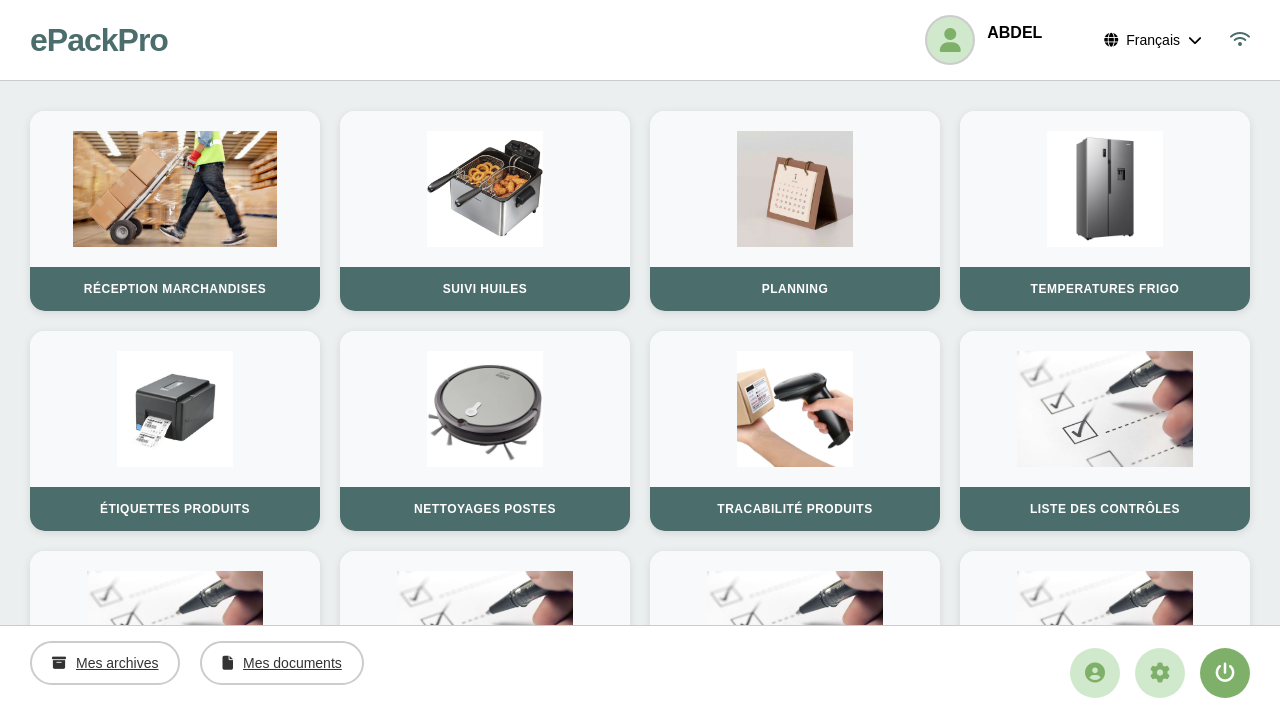
Repository: koko11-11/ePackPro
Page: css/dashboard.html
The author's editor kept a copy of each file at every save. The page is drawn from the files as they stood at one save, then again after the next save.
The browser window is 1280 px wide. The pictures show the whole page.
An inner scrolling area shows only its first screen.

Above is the page before, as saved 2025-09-16 04:45:55.

### css/dashboard.html
<!DOCTYPE html>
<html lang="fr">
<head>
    <meta charset="UTF-8">
    <meta name="viewport" content="width=device-width, initial-scale=1.0">

    <title>ePackPro - Tableau de bord</title>
        <link rel="stylesheet" href="https://cdnjs.cloudflare.com/ajax/libs/font-awesome/6.4.0/css/all.min.css">
   <link rel="stylesheet" href="styledash.css">

</head>
<body>
    <div class="dashboard-container">
        <!-- Header -->
        <header class="dashboard-header">
            <div class="dashboard-logo">ePackPro</div>

            <div class="user-section">
                <div class="user-info">
                    <div class="user-avatar">
                        <i class="fas fa-user"></i>
                    </div>
                    <div class="user-details">
                        <div class="user-name">ABDEL</div>
                        <div class="user-status">Se déconnecter</div>
                    </div>
                </div>

                <div class="header-controls">
                    <!-- Language Selector -->
                    <div class="language-selector">
                        <button class="language-button" id="languageButton">
                            <i class="fas fa-globe"></i>
                            <span>Français</span>
                            <i class="fas fa-chevron-down"></i>
                        </button>
                        <div class="language-dropdown" id="languageDropdown">
                            <div class="language-option" data-lang="fr">
                                <div class="language-flag fr-flag"></div>
                                <span>Français</span>
                            </div>
                            <div class="language-option" data-lang="ar">
                                <div class="language-flag ar-flag"></div>
                                <span>العربية</span>
                            </div>
                            <div class="language-option" data-lang="en">
                                <div class="language-flag en-flag"></div>
                                <span>English</span>
                            </div>
                        </div>
                    </div>

                    <div class="wifi-icon">
                        <i class="fas fa-wifi"></i>
                    </div>
                </div>
            </div>
        </header>

        <!-- Main Content -->
        <main class="dashboard-main">
            <div class="modules-grid">
                <!-- Module 1 -->
                <div class="module-card" onclick="window.location.href='../project/main/reception.html'">
                   <div class="module-icon">
    <img src="../assets/1.jpg" alt="Réception Marchandises">
  </div>
                    <div class="module-footer">
                        <div class="module-title">RÉCEPTION MARCHANDISES</div>
                    </div>
                </div>

                <!-- Module 2 -->
               <div class="module-card" onclick="window.location.href='../project/main/suiviHuiles.html'">
                    <div class="module-icon">
                     <img src="../assets/2.jpg" alt="Réception Marchandises">
                    </div>
                    <div class="module-footer">
                        <div class="module-title">SUIVI HUILES</div>
                    </div>
                </div>

                <!-- Module 3 -->
              <div class="module-card" onclick="window.location.href='../project/main/planning.html'">
                    <div class="module-icon">
                     <img src="../assets/5.jpg" alt="Réception Marchandises">
                    </div>
                    <div class="module-footer">
                        <div class="module-title">PLANNING</div>
                    </div>
                </div>

                <!-- Module 4 -->
                <div class="module-card" onclick="window.location.href='../project/main/temperatures.html'">
                    <div class="module-icon">
               <img src="../assets/8.jpg" alt="Réception Marchandises">
                    </div>
                    <div class="module-footer">
                        <div class="module-title">TEMPERATURES FRIGO</div>
                    </div>
                </div>

                <!-- Module 5 -->
              <div class="module-card" onclick="window.location.href='../project/main/etiquettes.html'">
                    <div class="module-icon">
                    <img src="../assets/7.jpg" alt="Réception Marchandises">
                    </div>
                    <div class="module-footer">
                        <div class="module-title">ÉTIQUETTES PRODUITS</div>
                    </div>
                </div>

                <!-- Module 6 -->
              <div class="module-card" onclick="window.location.href='../project/main/nettoyage.html'">
                    <div class="module-icon">
                    <img src="../assets/4.jpg" alt="Réception Marchandises">
                    </div>
                    <div class="module-footer">
                        <div class="module-title">NETTOYAGES POSTES</div>
                    </div>
                </div>

                <!-- Module 7 -->
               <div class="module-card" onclick="window.location.href='../project/main/tracabilite.html'">
                    <div class="module-icon">
                     <img src="../assets/3.jpg" alt="Réception Marchandises">
                    </div>
                    <div class="module-footer">
                        <div class="module-title">TRACABILITÉ PRODUITS</div>
                    </div>
                </div>

                <!-- Module 8 -->
                <div class="module-card" onclick="window.location.href='../project/main/listes.html'">
                    <div class="module-icon">
                  <img src="../assets/6.jpg" alt="Réception Marchandises">
                    </div>
                    <div class="module-footer">

                        <div class="module-title">LISTE DES CONTRÔLES</div>
                    </div>
                </div>
                 <div class="module-card" onclick="window.location.href='../project/main/temperatureCalm.html'">
                    <div class="module-icon">
                  <img src="../assets/6.jpg" alt="Réception Marchandises">
                    </div>
                    <div class="module-footer">

                        <div class="module-title">TEMPERATURES DU CALM</div>
                    </div>
                </div>
                 <div class="module-card" onclick="window.location.href=''">
                    <div class="module-icon">
                  <img src="../assets/6.jpg" alt="Réception Marchandises">
                    </div>
                    <div class="module-footer">

                        <div class="module-title">MODULE COMMAND</div>
                    </div>
                </div>

                 <div class="module-card" onclick="window.location.href=''">
                    <div class="module-icon">
                  <img src="../assets/6.jpg" alt="Réception Marchandises">
                    </div>
                    <div class="module-footer">

                        <div class="module-title">MODULE INVENTAIRE</div>
                    </div>
                </div>
                 <div class="module-card" onclick="window.location.href=''">
                    <div class="module-icon">
                  <img src="../assets/6.jpg" alt="Réception Marchandises">
                    </div>
                    <div class="module-footer">

                        <div class="module-title">MODULE PERTE</div>
                    </div>
                </div>
            </div>


        </main>

        <!-- Footer -->
        <footer class="dashboard-footer">
         <div class="bottom-actions">
                  <a href="../project/archive/archives.html" class="action-btn">

                      <div class="user-icon"><i class="fas fa-archive"></i></div>
                    <span class="btn-text">Mes archives</span>
                  </a>

              <a href="../project/archive/archives.html" class="action-btn">
              <div class="user-icon"><i class="fas fa-file"></i></div>
               <span class="btn-text">Mes documents</span>
              </a>

            </div>

            <div class="footer-buttons">
                <button class="footer-btn user-btn">
                    <!-- Image placeholder -->
                          <div class="user-icon"  onclick="window.location.href='user-management.html'"><i class="fas fa-user-circle"></i></div>

                </button>
               <div class="footer-buttons">
                 <div class="user-card" onclick="openPasswordModal()">
                    <button class="footer-btn settings-btn"><i class="fas fa-cog"></i></button>
             </div>
                <button class="footer-btn power-btn">
                    <!-- Image placeholder -->
                         <span class="star-icon"><i class="fas fa-power-off"></i></span>
                </button>
            </div>
        </footer>
    </div>

         <!-- Password Modal -->
    <div id="passwordModal" class="modal-overlay">
        <div class="modal">
            <div class="modal-header">
                <h3 class="modal-title">Mot de passe</h3>
                <button class="close-btn" onclick="closePasswordModal()">×</button>
            </div>

            <div class="modal-body">
                <div class="password-display">
                    <div class="password-dots" id="passwordDots"></div>
                </div>

                <div class="keypad-buttons">
                    <button class="keypad-btn clear-btn" onclick="clearPassword()">C</button>
                    <button class="keypad-btn del-btn" onclick="deleteLastDigit()"><i class="fas fa-backspace"></i></button>
                </div>

                <div class="keypad">
                    <button class="keypad-btn number-btn" onclick="addDigit('1')">1</button>
                    <button class="keypad-btn number-btn" onclick="addDigit('2')">2</button>
                    <button class="keypad-btn number-btn" onclick="addDigit('3')">3</button>

                    <button class="keypad-btn number-btn" onclick="addDigit('4')">4</button>
                    <button class="keypad-btn number-btn" onclick="addDigit('5')">5</button>
                    <button class="keypad-btn number-btn" onclick="addDigit('6')">6</button>

                    <button class="keypad-btn number-btn" onclick="addDigit('7')">7</button>
                    <button class="keypad-btn number-btn" onclick="addDigit('8')">8</button>
                    <button class="keypad-btn number-btn" onclick="addDigit('9')">9</button>

                    <button class="keypad-btn special-btn"><i class="fas fa-cog"></i></button>
                    <button class="keypad-btn number-btn" onclick="addDigit('0')">0</button>
                    <button class="keypad-btn special-btn"><i class="fas fa-arrow-left"></i></button>
                </div>

                <div class="modal-actions">
                    <button class="action-btn cancel-btn" onclick="closePasswordModal()">
                        <span class="btn-icon">×</span>
                        <span>Annuler</span>
                    </button>
                    <button class="action-btn validate-btn" onclick="validatePassword()">
                        <span class="btn-icon">✓</span>
                        <span>Valider</span>
                    </button>
                </div>
            </div>
        </div>
    </div>
    <script>
        let currentPassword = '123456';

        function openPasswordModal() {
            document.getElementById('passwordModal').style.display = 'flex';
            currentPassword = '';
            updatePasswordDisplay();
        }

        function closePasswordModal() {
            document.getElementById('passwordModal').style.display = 'none';
            currentPassword = '';
            updatePasswordDisplay();
        }

        function addDigit(digit) {
            if (currentPassword.length < 6) {
                currentPassword += digit;
                updatePasswordDisplay();
            }
        }

        function deleteLastDigit() {
            currentPassword = currentPassword.slice(0, -1);
            updatePasswordDisplay();
        }

        function clearPassword() {
            currentPassword = '';
            updatePasswordDisplay();
        }

        function updatePasswordDisplay() {
            const dots = document.getElementById('passwordDots');
            dots.innerHTML = '';
            for (let i = 0; i < currentPassword.length; i++) {
                dots.innerHTML += '<span class="dot">●</span>';
            }
        }

        function validatePassword() {
            if (currentPassword.length > 0) {

                if (currentPassword === "123456") {
                    window.location.href = "../project/setting/gestion.html";
                } else {
                    alert('Mot de passe incorrect');
                    clearPassword();
                }
            } else {
                alert('Veuillez saisir un mot de passe');
            }
        }


        document.getElementById('passwordModal').addEventListener('click', function(e) {
            if (e.target === this) {
                closePasswordModal();
            }
        });

          document.addEventListener('DOMContentLoaded', function() {
            const languageButton = document.getElementById('languageButton');
            const languageDropdown = document.getElementById('languageDropdown');
            const languageOptions = document.querySelectorAll('.language-option');


            languageButton.addEventListener('click', function(e) {
                e.stopPropagation();
                languageDropdown.classList.toggle('show');
            });


            document.addEventListener('click', function() {
                languageDropdown.classList.remove('show');
            });

            languageDropdown.addEventListener('click', function(e) {
                e.stopPropagation();
            });

            languageOptions.forEach(option => {
                option.addEventListener('click', function() {
                    const lang = this.getAttribute('data-lang');
                    changeLanguage(lang);
                    languageDropdown.classList.remove('show');
                });
            });


            function changeLanguage(lang) {

                console.log('Changing language to:', lang);


                const languageText = languageOptions
                    .find(opt => opt.getAttribute('data-lang') === lang)
                    .querySelector('span').textContent;

                languageButton.querySelector('span').textContent = languageText;
            }
        });
    </script>
</body>
</html>

Loaded but not shown: css/styledash.css (551 lines, source omitted)

After the next save:
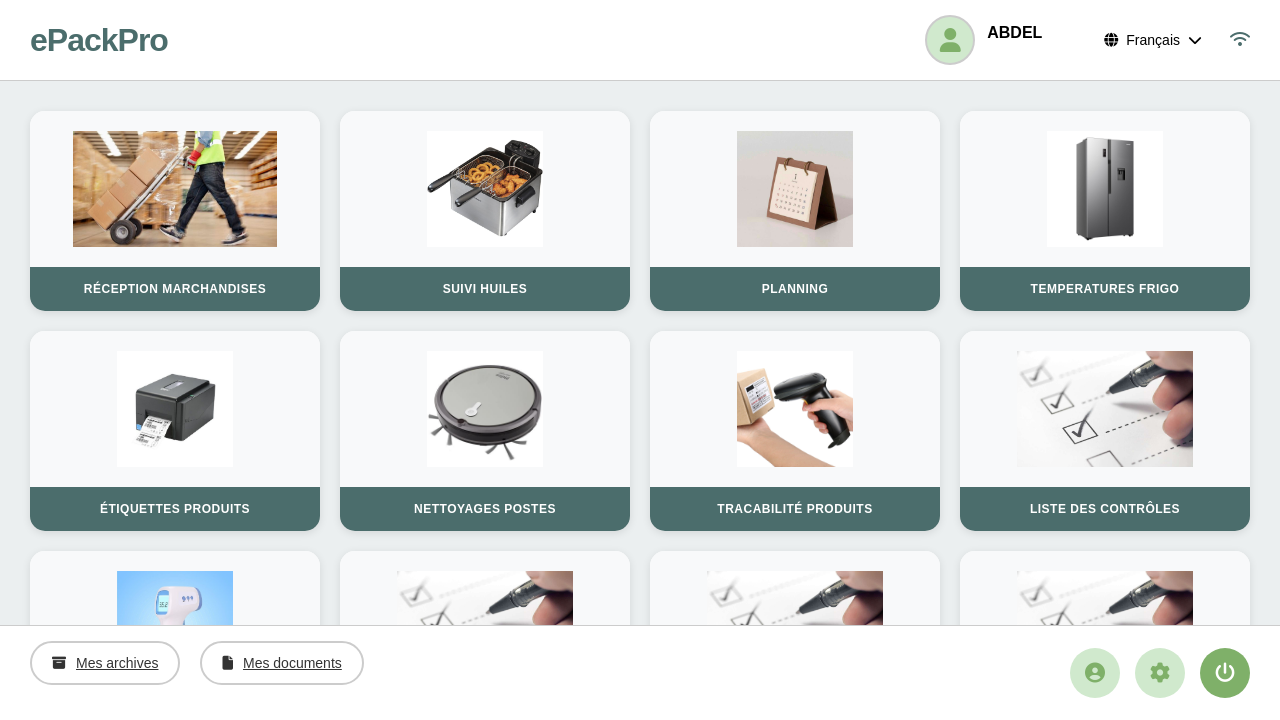
Saved 8 min 27 s later.
--- a/css/dashboard.html
+++ b/css/dashboard.html
@@ -142,11 +142,11 @@
                 </div>
                  <div class="module-card" onclick="window.location.href='../project/main/temperatureCalm.html'">
                     <div class="module-icon">
-                  <img src="../assets/6.jpg" alt="Réception Marchandises">
-                    </div>
-                    <div class="module-footer">
-
-                        <div class="module-title">TEMPERATURES DU CALM</div>
+                  <img src="../assets/9.jpg" alt="Réception Marchandises">
+                    </div>
+                    <div class="module-footer">
+
+                        <div class="module-title">TEMPÉRATURE DE CALME</div>
                     </div>
                 </div>
                  <div class="module-card" onclick="window.location.href=''">
